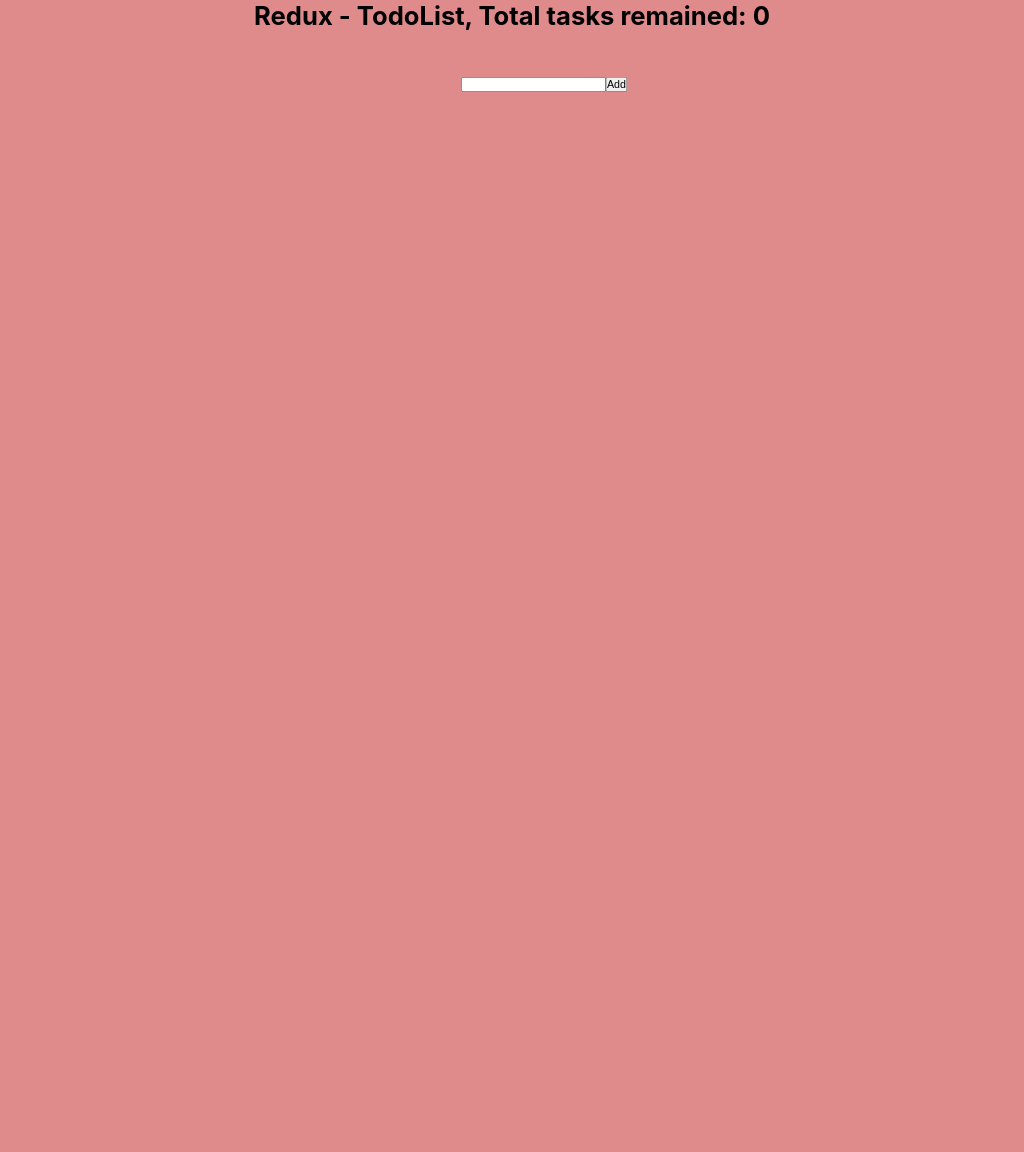
Repository: BhanuKaukuntla/TodoApp
Page: /
An editor plug-in stored every save of this project. The page is shown before and after the next save, followed by the edit.
The browser window is 1280 px wide. The pictures show the whole page, at 80% of full size.
The project was rebuilt for these pictures with package versions that can differ from the ones it lists, and the page was loaded fresh each time. Also part of the build but not shown: src/components/TodoItem/TodoItem.js.

Above is the page before, as saved 2021-12-01 10:11:33.

### src/index.js
import React from "react";
import ReactDOM from "react-dom";
import "./index.css";
import App from "./App";
import { Provider } from "react-redux";
import store from "./store";
import { PersistGate } from "redux-persist/integration/react";
import { persistor } from "./store";

ReactDOM.render(
  <React.StrictMode>
    <Provider store={store}>
      <PersistGate persistor={persistor}>
        <App />
      </PersistGate>
    </Provider>
  </React.StrictMode>,
  document.getElementById("root")
);

### src/index.css
*{
  margin: 0;
  padding: 0;
  /* font-family: "montserrat",sans-serif; */
  /* box-sizing: border-box; */
}

body {
  margin: 0;
  font-family: -apple-system, BlinkMacSystemFont, "Segoe UI", "Roboto", "Oxygen",
    "Ubuntu", "Cantarell", "Fira Sans", "Droid Sans", "Helvetica Neue",
    sans-serif;
  -webkit-font-smoothing: antialiased;
  -moz-osx-font-smoothing: grayscale;
}

code {
  font-family: source-code-pro, Menlo, Monaco, Consolas, "Courier New",
    monospace;
}
.App {
  text-align: center;
  height: 200vh;
  /* max-height: 100%; */
  /* background-color: #e77a7a; */
  background-color: #df8b8b;
  margin-top: 0%;
  /* position: fixed; */
  width: 100%;
}

.todoInput{
  margin-top: 3rem;
  margin-left: 5rem;
  font-size: x-large;
}

### src/App.js
import AddTodo from "./components/AddTodo/AddTodo";
import TodoList from "./components/TodoList/TodoList";
import { useSelector } from "react-redux";
function App() {
  const taskobj = useSelector((state) => state.todos.data);
  return (
    <div className='App'>
      <h1>Redux - TodoList, Total tasks remained: {taskobj.length}</h1>
      <AddTodo />
      <TodoList />
    </div>
  );
}

export default App;

### src/store.js
import { createStore } from "redux";
import rootReducer from "./reducers";
import { persistStore, persistReducer } from "redux-persist";
import storage from "redux-persist/lib/storage";

const persistConfig = {
  key: "root",
  storage,
};

const persistedReducer = persistReducer(persistConfig, rootReducer);

const store = createStore(
  persistedReducer,
  window.__REDUX_DEVTOOLS_EXTENSION__ && window.__REDUX_DEVTOOLS_EXTENSION__()
);

export const persistor = persistStore(store);

export default store;

### src/components/AddTodo/AddTodo.js
import React, { useState } from "react";
import { useDispatch } from "react-redux";
import { addTodo } from "../../actions";
import cuid from "cuid";

const AddTodo = () => {
  const [tasks, setTasks] = useState("");
  const dispatch = useDispatch();
  function handleInputChange(e) {
    setTasks(e.target.value);
    console.log(tasks);
  }
  function handleFormSubmit(e) {
    e.preventDefault();
    dispatch(addTodo({ task: tasks, id: cuid() }));
    e.target.userInput.value = "";
    console.log(tasks);
  }
  return (
    <div className="todoInput">
      <form onSubmit={handleFormSubmit}>
      <input
        type='text'
        name='userInput'
        onChange={(e) => handleInputChange(e)}
      />
      <button type='submit'>Add</button>
     </form>
    </div>
  );
};

export default AddTodo;

### src/components/TodoList/TodoList.js
import React from "react";
import TodoItem from "../TodoItem/TodoItem";
import { useSelector } from "react-redux";

const TodoList = () => {
  const taskobj = useSelector((state) => state.todos.data);
  const taskItems = taskobj.map((task) => {
    return <TodoItem task={task} key={task.id} />;
  });

  return <div>{taskItems}</div>;
};

export default TodoList;

### src/reducers/index.js
import { combineReducers } from "redux";
import todos from "./todos";

const rootReducer = combineReducers({
  todos,
});
export default rootReducer;

### src/actions/index.js
import { ADD_TODO, DELETE_TODO, UPDATE_TODO } from "./types";

export const addTodo = (message) => ({
  type: ADD_TODO,
  message,
});

export const deleteTodo = (id) => ({
  type: DELETE_TODO,
  id,
});

export const updateTodo = ({ message, id }) => ({
  type: UPDATE_TODO,
  message,
  id,
});

### src/reducers/todos.js
const initialState = {
  data: [],
};

const todos = (state = initialState, action) => {
  switch (action.type) {
    case "ADD_TODO":
      return {
        ...state,
        data: [...state.data, action.message],
      };
    case "DELETE_TODO":
      return {
        ...state,
        data: [...state.data.filter((todo) => todo.id !== action.id)],
      };
    case "UPDATE_TODO":
      return {
        ...state,
        data: [
          ...state.data.filter((todo) => todo.id !== action.id),
          { task: action.message, id: action.id },
        ],
      };
    default:
      return state;
  }
};

export default todos;

### src/actions/types.js
export const ADD_TODO = "ADD_TODO";
export const DELETE_TODO = "DELETE_TODO";
export const UPDATE_TODO = "UPDATE_TODO";

Loaded but not shown: public/index.html (common file)

After the next save:
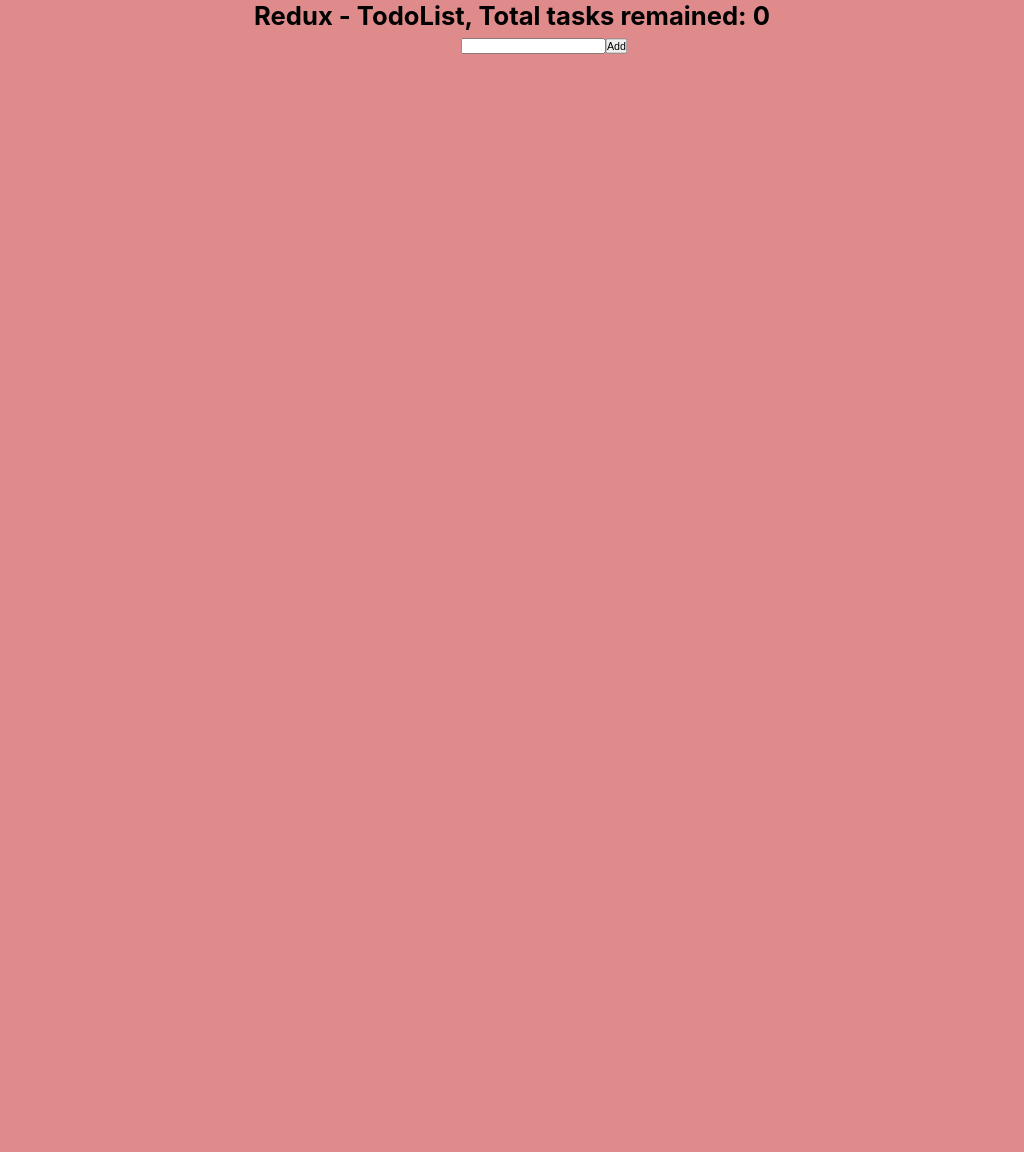
Saved 19 s later.
--- a/src/index.css
+++ b/src/index.css
@@ -30,7 +30,7 @@
 }
 
 .todoInput{
-  margin-top: 3rem;
+  /* margin-top: 3rem; */
   margin-left: 5rem;
   font-size: x-large;
 }

After the save that followed:
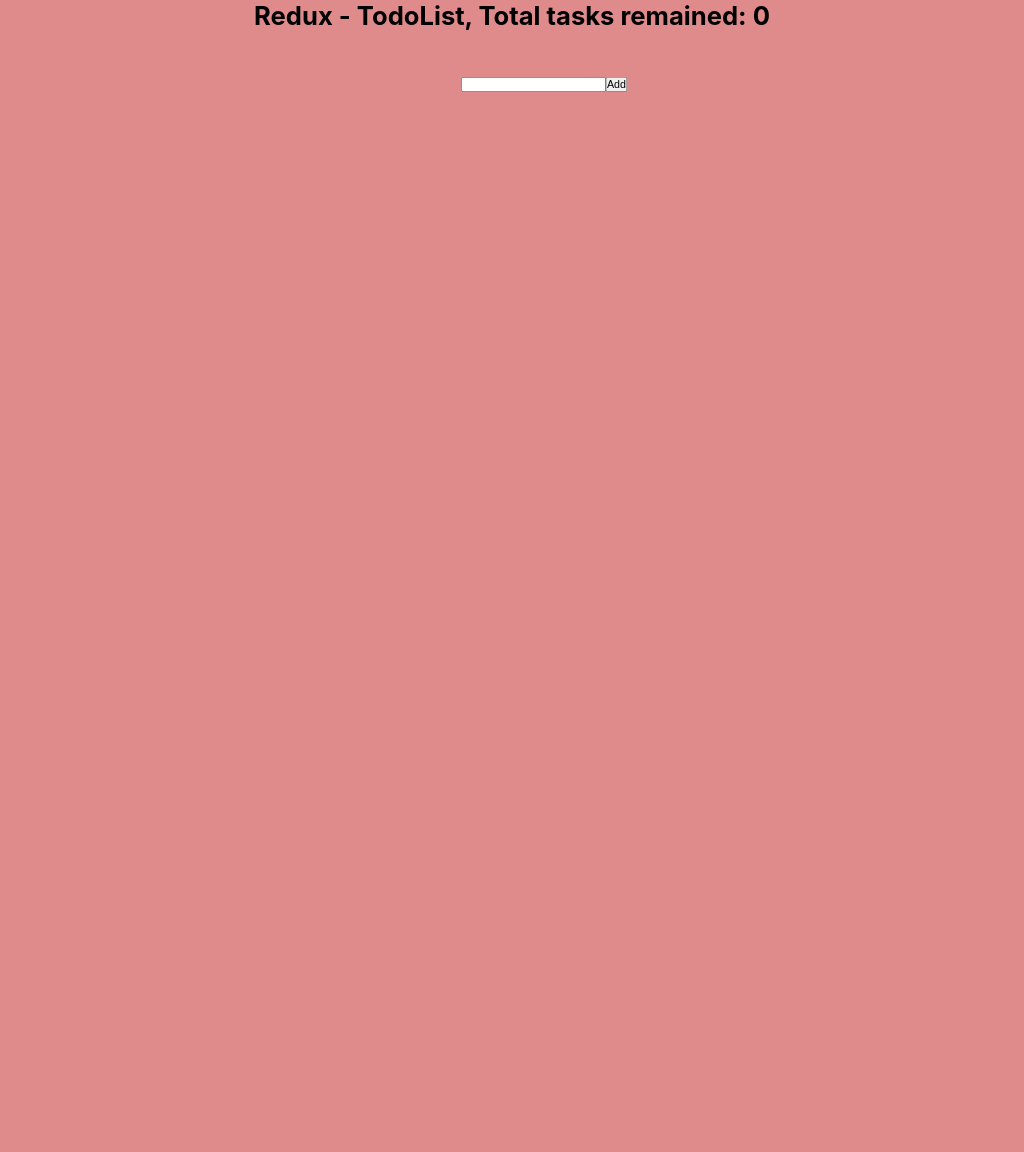
Saved 4 s later.
--- a/src/index.css
+++ b/src/index.css
@@ -30,7 +30,7 @@
 }
 
 .todoInput{
-  /* margin-top: 3rem; */
+  margin-top: 3rem;
   margin-left: 5rem;
   font-size: x-large;
 }
